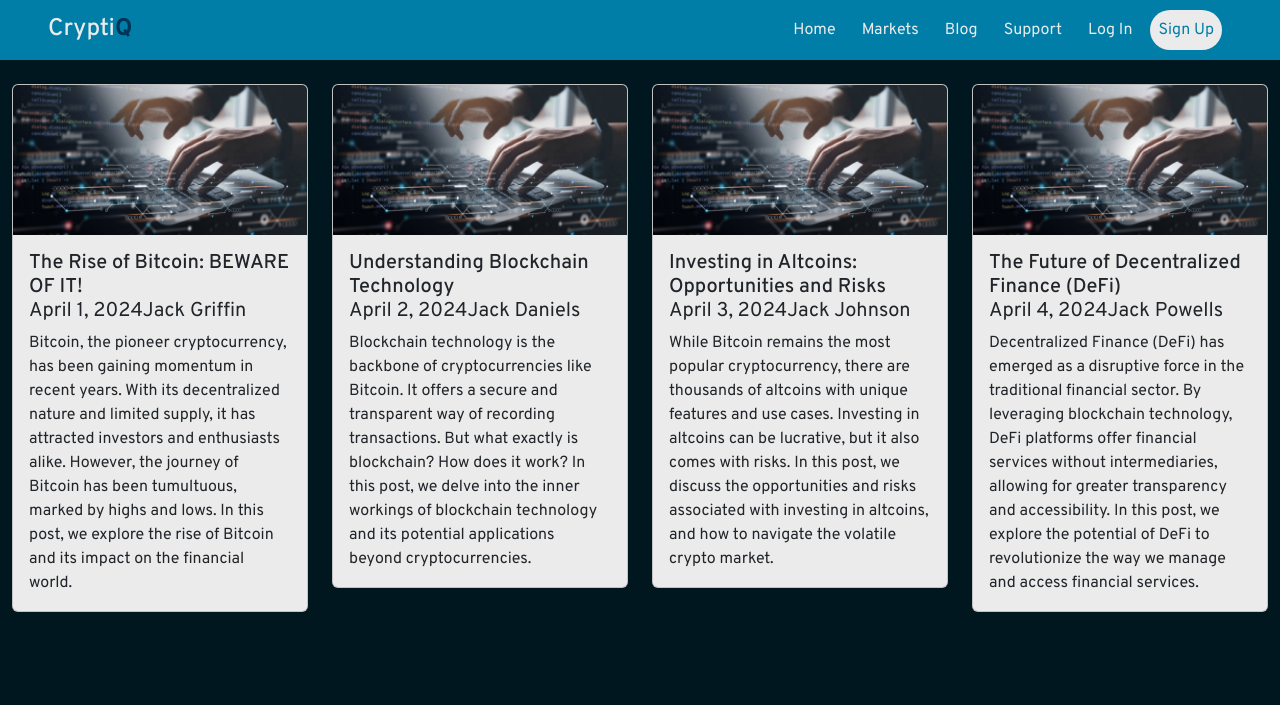
Repository: griffin1995/cryptocurrencyPlatform
Page: /Blog (app in client/)
An editor plug-in stored every save of this project. The page is shown before and after the next save, followed by the edit.
The browser window is 1280 px wide. The pictures show the whole page.
The project was rebuilt for these pictures with package versions that can differ from the ones it lists, and the page was loaded fresh each time. Also part of the build but not shown: client/src/context/AdminContext.js, client/src/components/CoinDetails.js, client/src/hooks/useAdminContext.js, client/src/components/SignUpUser.js, client/src/components/UserDetails.js, client/src/components/AdminControls.js, client/src/pages/Home.js, client/src/pages/Blog.scss and 16 more.

Above is the page before, as saved 2024-04-07 15:23:47.

### client/src/index.scss
@import url("https://fonts.googleapis.com/css2?family=Overpass:ital,wght@0,100..900;1,100..900&display=swap");

html{
  background-color: #00171f;
}

* {
  font-family: "Overpass", sans-serif;
  font-optical-sizing: auto;
  font-weight: normal;
  font-style: normal;
}

code {
  font-family: source-code-pro, Menlo, Monaco, Consolas, "Courier New",
    monospace;
}

hr {
  margin-top: 0.2rem !important;
  margin-bottom: 1rem !important;
  border: none !important;
  height: 4px; /* Adjust height as needed */
  background-color: #00a7e1 !important;
  &.active {
    background-color: #FFFFFF !important; /* Change color to your desired color */
  }
}

.link-unstyled, .link-unstyled:link {
  color: inherit;
  text-decoration: inherit;
  :hover{
    color:#00a7e1;
    transition: all 0.5s ease;
  }
}

/* width */
::-webkit-scrollbar {
  width: 10px;
}

/* Track */
::-webkit-scrollbar-track {
  background: #f1f1f1;
}

/* Handle */
::-webkit-scrollbar-thumb {
  background: #007ea7;
}

/* Handle on hover */
::-webkit-scrollbar-thumb:hover {
  background: #007ea7;
}

### client/src/reactCustom.scss
//Custom React SASS styling sheet for defining colours, importing Bootstrap SASS, styling React-Bootstrap Components
$primary: #003459;
$secondary: #007ea7;
$success: #00a7e1;
$dark: #00171f;
$light: #ebebeb;
$white: #ebebeb;

@import "~bootstrap/scss/bootstrap.scss";

### client/src/context/AuthenticationContext.js
// Import necessary hooks from React
import { createContext, useReducer, useEffect } from "react";

// Create a context for authentication data
export const AuthenticationContext = createContext();

// Reducer function for handling authentication actions
export const authenticationReducer = (state, action) => {
  switch (action.type) {
    case "LOGIN": // Case to handle user login
      return { user: action.payload }; // Set the user data when logged in
    case "LOGOUT": // Case to handle user logout
      return { user: null }; // Clear the user data when logged out
    default: // Default case to handle other actions
      return state; // Return the current state if no action is matched
  }
};

// Component to provide authentication context to child components
export const AuthenticationContextProvider = ({ children }) => {
  // Use the useReducer hook to manage state with the authenticationReducer
  const [state, dispatch] = useReducer(authenticationReducer, { user: null });
  //empty array cus we only check once, when load
  useEffect(() => {
    //stored as json string so we parse in to object
    const user = JSON.parse(localStorage.getItem("user"));

    if (user) {
      dispatch({ type: "LOGIN", payload: user });
    }
  }, []);

  // Log the current state for debugging purposes (consider removing in production)
  console.log("AuthenticationContext state: ", state);

  return (
    <AuthenticationContext.Provider value={{ ...state, dispatch }}>
      {children}
    </AuthenticationContext.Provider>
  );
};

### client/src/pages/Blog.js
import React, { useState, useEffect } from "react";
import "./Blog.scss";
import { Col, Row, Card, Button } from "react-bootstrap";
import image from "../media/place-holder.jpg";

export default function Blog() {
  const posts = [
    {
      id: 1,
      title: "The Rise of Bitcoin: BEWARE OF IT!",
      date: "April 1, 2024",
      author: "Jack Griffin",
      image: "got annoyed",
      content:
        "Bitcoin, the pioneer cryptocurrency, has been gaining momentum in recent years. With its decentralized nature and limited supply, it has attracted investors and enthusiasts alike. However, the journey of Bitcoin has been tumultuous, marked by highs and lows. In this post, we explore the rise of Bitcoin and its impact on the financial world.",
    },
    {
      id: 2,
      title: "Understanding Blockchain Technology",
      date: "April 2, 2024",
      author: "Jack Daniels",
      image: "got annoyed",
      content:
        "Blockchain technology is the backbone of cryptocurrencies like Bitcoin. It offers a secure and transparent way of recording transactions. But what exactly is blockchain? How does it work? In this post, we delve into the inner workings of blockchain technology and its potential applications beyond cryptocurrencies.",
    },
    {
      id: 3,
      title: "Investing in Altcoins: Opportunities and Risks",
      date: "April 3, 2024",
      author: "Jack Johnson",
      image: "got annoyed",
      content:
        "While Bitcoin remains the most popular cryptocurrency, there are thousands of altcoins with unique features and use cases. Investing in altcoins can be lucrative, but it also comes with risks. In this post, we discuss the opportunities and risks associated with investing in altcoins, and how to navigate the volatile crypto market.",
    },
    {
      id: 4,
      title: "The Future of Decentralized Finance (DeFi)",
      date: "April 4, 2024",
      author: "Jack Powells",
      image: "got annoyed",
      content:
        "Decentralized Finance (DeFi) has emerged as a disruptive force in the traditional financial sector. By leveraging blockchain technology, DeFi platforms offer financial services without intermediaries, allowing for greater transparency and accessibility. In this post, we explore the potential of DeFi to revolutionize the way we manage and access financial services.",
    },
  ];
  return (
    <Row className="mt-4">
      {posts.length === 0 ? (
        <p className="error-message">No posts to display</p>
      ) : (
        <>
          {posts.map((post) => (
            <Col sm={3} key={post.id}>
              <Card>
                <Card.Img variant="top" src={image} />
                <Card.Body>
                  <Card.Title>
                    {post.title}
                    <div className="post-info">
                      <span className="date-author">{post.date}</span>
                      <span className="date-author author-name">
                        {post.author}
                      </span>
                    </div>
                  </Card.Title>
                  <Card.Text className="post-description">
                    {post.content}
                  </Card.Text>
                </Card.Body>
              </Card>
            </Col>
          ))}
        </>
      )}
    </Row>
  );
}

### client/src/components/NavigationBar.js
//Navbar component for the application.
//Provides a top-level navigation element, allowing users to navigate through the app without full page reloads.
import { Row, Container, Navbar, Nav, Button } from "react-bootstrap";
import { Link } from "react-router-dom";
import "./NavigationBar.scss";
import { useAuthenticationContext } from "../hooks/useAuthenticationContext";
import { useLogout } from "../hooks/useLogout";

export default function NavigationBar() {
  const { user } = useAuthenticationContext();
  const { logout } = useLogout();
  const handleClick = () => {
    logout();
  };
  return (
    <Row>
      <Navbar expand="lg" className="navbar-dark bg-secondary">
        <Container fluid className="px-5">
          <Navbar.Brand as={Link} to="/">
            <span className="h4">
              Crypti<span className="text-primary fw-bold">Q</span>
            </span>
          </Navbar.Brand>
          <Navbar.Toggle aria-controls="basic-navbar-nav" />
          <Navbar.Collapse id="basic-navbar-nav">
            <Nav className="justify-content-end flex-grow-1">
              {/* Display the user's email if logged in */}
              {user && (
                <>
                  <Nav.Link disabled className="text-light">
                    {user.email}
                  </Nav.Link>
                  <Nav.Link>
                    Account
                  </Nav.Link>
                  <Nav.Link>
                    Wallets
                  </Nav.Link>
                </>
              )}
              <Nav.Link as={Link} to="/">
                Home
              </Nav.Link>
              <Nav.Link as={Link} to="/Markets">
                Markets
              </Nav.Link>
              <Nav.Link as={Link} to="/Blog">
                Blog
              </Nav.Link>
              <Nav.Link as={Link} to="/Support">
                Support
              </Nav.Link>
              {/* Show sign up and login links only if user is not logged in */}
              {!user && (
                <>
                  <Nav.Link as={Link} to="/login">
                    Log In
                  </Nav.Link>
                  <Nav.Link as={Link} to="/signup" className="sign-up-btn">
                    Sign Up
                  </Nav.Link>
                </>
              )}
              {/* Logout button visible only if user is logged in */}
              {user && (
                <Button type="submit" onClick={handleClick}>
                  Log Out
                </Button>
              )}
            </Nav>
          </Navbar.Collapse>
        </Container>
      </Navbar>
    </Row>
  );
}

### client/src/components/NavigationBar.scss
.navbar {
  padding: 10px 0;
}

.navbar-brand img {
  height: auto;
  max-height: 40px;
}

.nav-link {
  margin-right: 10px;
  color: #ebebeb;
}

.sign-up-btn {
  background-color: #ebebeb;
  border-radius: 25px;
  color: #007EA7;
  &:hover {
    background-color: #003459;
    color: white;
  }
}

### client/src/hooks/useAuthenticationContext.js
// Import useContext hook from React for consuming context in functional components
import { useContext } from "react";
// Import AuthenticationContext to access the admin-related context for the application
import { AuthenticationContext } from "../context/AuthenticationContext";
/**
 * Custom hook to access the AuthenticationContext within the component tree.
 *
 * This hook abstracts the useContext hook for AuthenticationContext, providing a convenient way
 * to access admin-related data (state and dispatch function) throughout the application.
 * It ensures the component using this hook is wrapped in an AuthenticationContextProvider by checking
 * the existence of the context and throwing an error if it's not available, promoting proper usage.
 *
 * @returns {Object} The current context value for AuthenticationContext, which includes the state and dispatch function.
 * @throws {Error} Throws an error if the hook is used outside of an AuthenticationContextProvider.
 */
export const useAuthenticationContext = () => {
  // Use the useContext hook to access the current context value for AuthenticationContext
  const context = useContext(AuthenticationContext);

  // Check if the context is undefined, indicating misuse outside of an AuthenticationContextProvider
  if (!context) {
    throw Error("useAuthenticationContext must be used within an AuthenticationContextProvider. Ensure your component is wrapped in an <AuthenticationContextProvider> to provide the necessary context.");
  }

  // Return the context value, making it accessible to the component
  return context;
};

### client/src/hooks/useLogout.js
// Import the useAuthenticationContext hook for accessing authentication state management.
import { useAuthenticationContext } from "./useAuthenticationContext";

/**
 * Custom hook for handling user logout.
 * Provides a logout function that can be used by components to log users out.
 * @returns {object} Object containing the logout function.
 */
export const useLogout = () => {
  // Extract dispatch from the authentication context.
  const { dispatch } = useAuthenticationContext();

  /**
   * Logs out the user by clearing session data and updating state.
   */
  const logout = () => {
    // Remove user data from local storage to clear the current session.
    localStorage.removeItem("user");

    // Dispatch the 'LOGOUT' action to update the global authentication state.
    dispatch({ type: "LOGOUT" });
  };

  // Return the logout function for use in components.
  return { logout };
};

Loaded but not shown: client/public/index.html (common file); client/src/index.js (common file); client/src/App.js (common file)

After the next save:
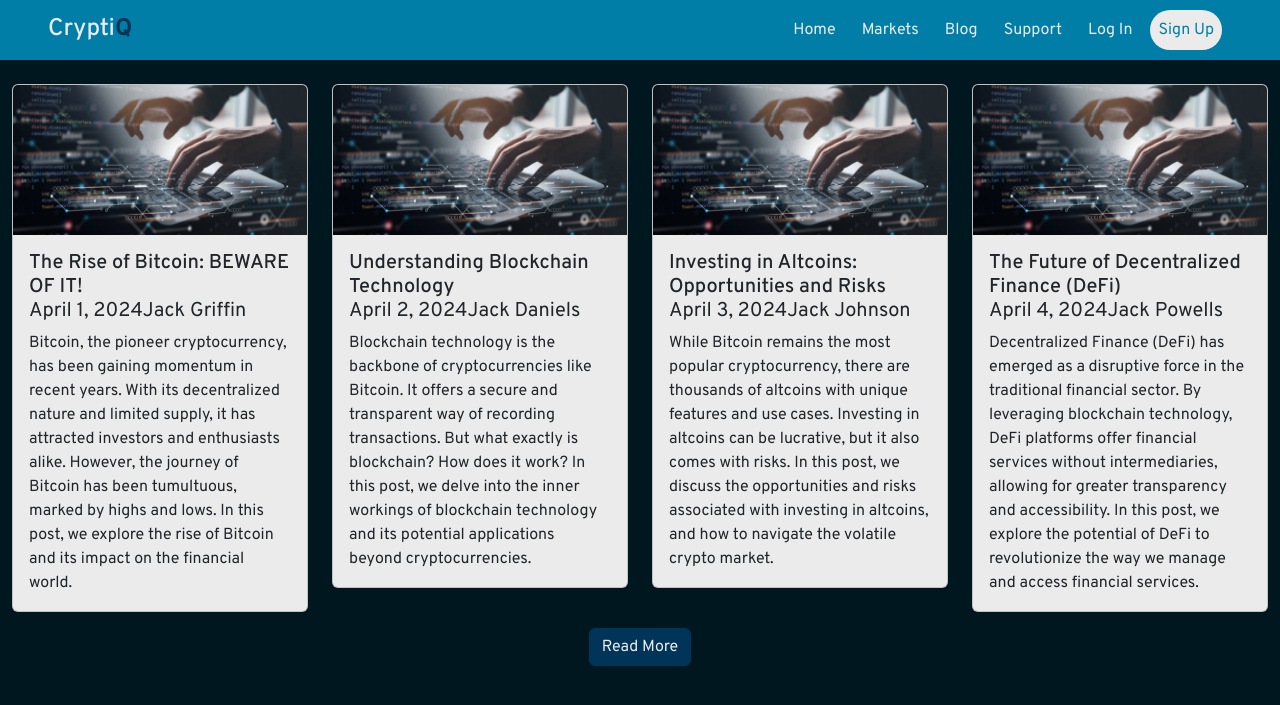
Saved 2 min 28 s later.
--- a/client/src/pages/Blog.js
+++ b/client/src/pages/Blog.js
@@ -43,6 +43,7 @@ export default function Blog() {
     },
   ];
   return (
+    <div>
     <Row className="mt-4">
       {posts.length === 0 ? (
         <p className="error-message">No posts to display</p>
@@ -72,5 +73,9 @@ export default function Blog() {
         </>
       )}
     </Row>
+    <div className="d-flex justify-content-center mt-3">
+    <Button variant="primary">Read More</Button>
+  </div>
+</div>
   );
 }
